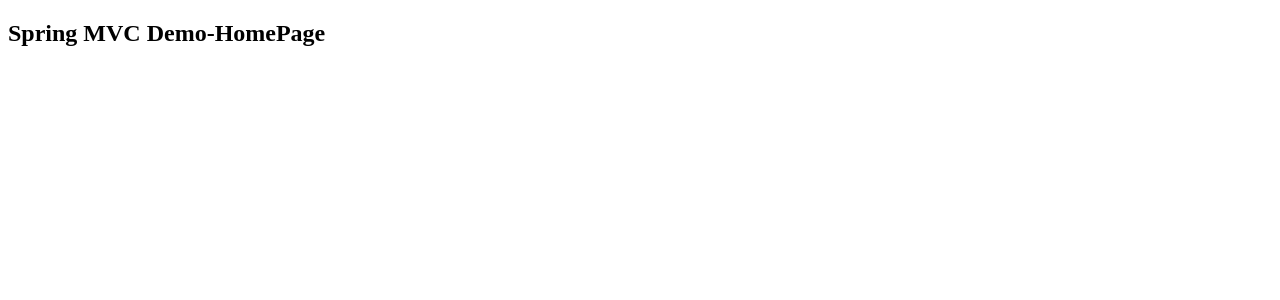
Repository: johnjasperfernando/SpringLearning
Page: http://localhost/spring-mvc-demo/
These files come from the project's save history. The page is drawn as it stood at one moment and after the next save; the edit follows.
The browser window is 1280 px wide. The pictures show the whole page.
The page is served by Tomcat 9. Other server files are loaded and not shown.

Above is the page before, as saved 2021-12-31 08:25:36.

### spring-mvc-demo/WebContent/WEB-INF/view/main-menu.jsp
<!Doctype html>
<html>
<body>
	<h2>Spring MVC Demo-HomePage</h2>
</body>
</html>

After the next save:
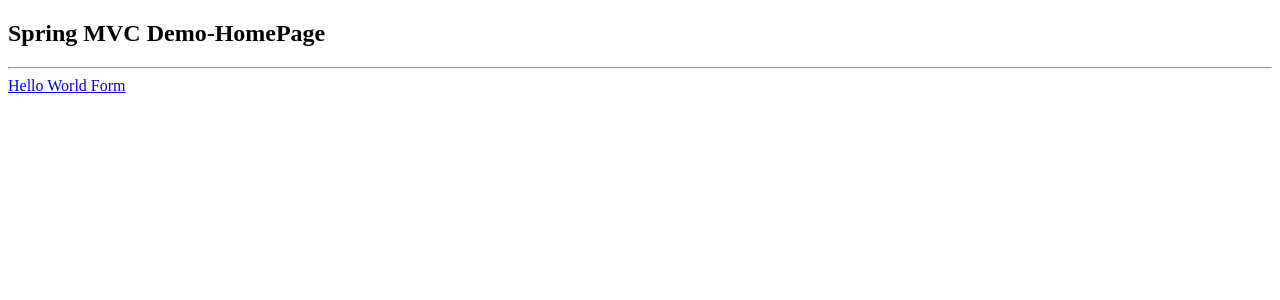
Saved 2 min 1 s later.
--- a/spring-mvc-demo/WebContent/WEB-INF/view/main-menu.jsp
+++ b/spring-mvc-demo/WebContent/WEB-INF/view/main-menu.jsp
@@ -2,5 +2,7 @@
 <html>
 <body>
 	<h2>Spring MVC Demo-HomePage</h2>
+	<hr>
+	<a href="showForm">Hello World Form</a>
 </body>
 </html>
